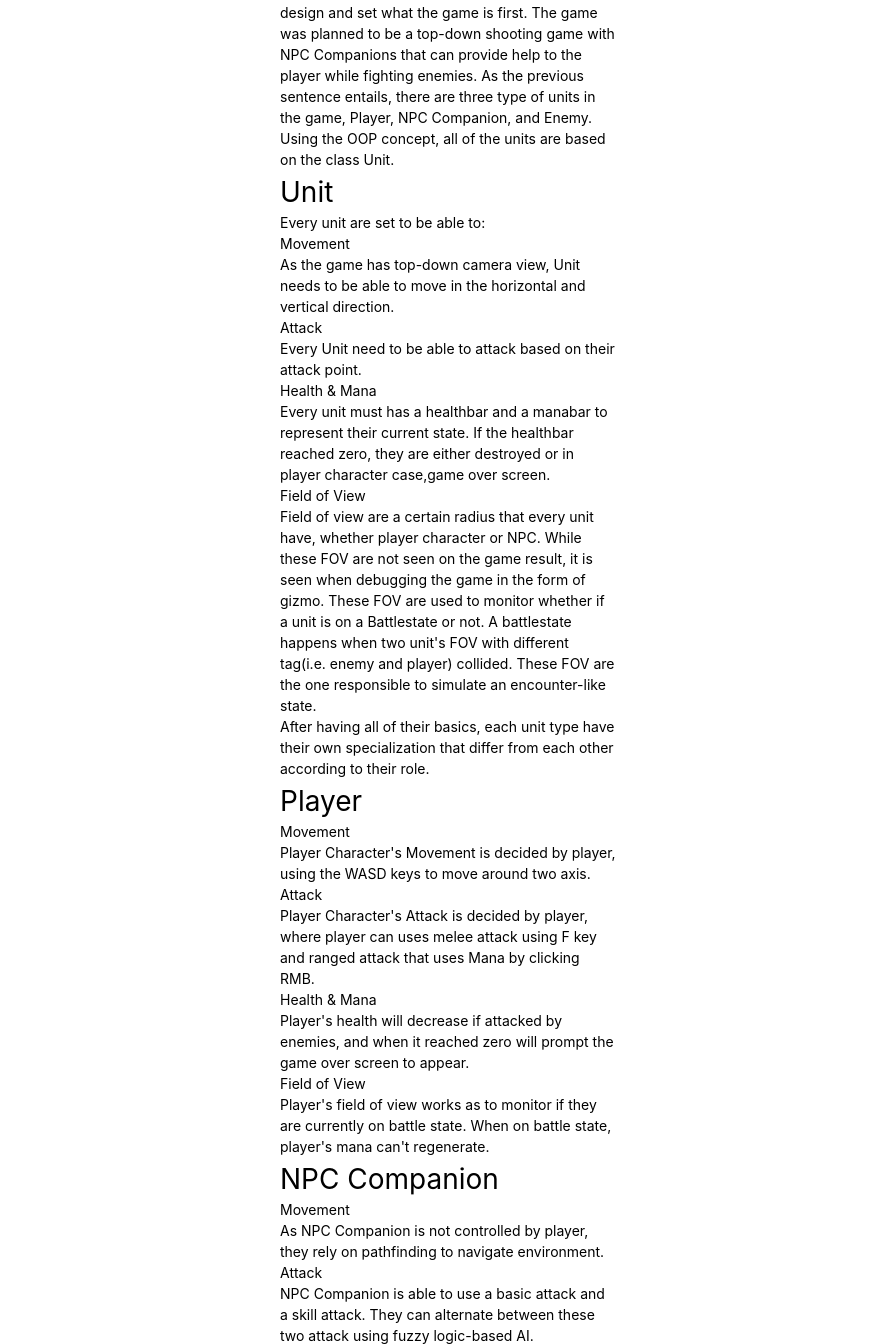
Repository: thortato/thortato.github.io
Page: /IntotheForest
The author's editor kept a copy of each file at every save. The page is drawn from the files as they stood at one save, then again after the next save.
The browser window is 1280 px wide. The pictures show the part of the page from y = 1365 to 3285 px (the page is 5650 px tall before and 5626 px after), at 70% of full size.
The project was rebuilt for these pictures with package versions that can differ from the ones it lists, and the page was loaded fresh each time. Also part of the build but not shown: src/App.css, src/Components/Sidebar.css, src/Pages/Sidebar.js, src/Components/HeroImage.js, src/Pages/HeroSection.js, src/Pages/About.js, src/Components/Card.js, src/Pages/Works.js and 3 more.

Above is the page before, as saved 2023-10-03 13:09:54.

### public/index.html
<!DOCTYPE html>
<html lang="en">
  <head>
    <meta charset="utf-8" />
    <link rel="icon" href="%PUBLIC_URL%/favicon.ico" />
    <meta name="viewport" content="width=device-width, initial-scale=1" />
    <meta name="theme-color" content="#000000" />
    <meta
      name="description"
      content="Web site created using create-react-app"
    />
    <link rel="apple-touch-icon" href="%PUBLIC_URL%/logo192.png" />
    <!--
      manifest.json provides metadata used when your web app is installed on a
      user's mobile device or desktop. See https://developers.google.com/web/fundamentals/web-app-manifest/
    -->
    <link rel="manifest" href="%PUBLIC_URL%/manifest.json" />
    <!--
      Notice the use of %PUBLIC_URL% in the tags above.
      It will be replaced with the URL of the `public` folder during the build.
      Only files inside the `public` folder can be referenced from the HTML.

      Unlike "/favicon.ico" or "favicon.ico", "%PUBLIC_URL%/favicon.ico" will
      work correctly both with client-side routing and a non-root public URL.
      Learn how to configure a non-root public URL by running `npm run build`.
    -->
    <title>Javic's Portfolio Site</title>
  </head>
  <body>
    <noscript>You need to enable JavaScript to run this app.</noscript>
    <div id="root"></div>
    <!--
      This HTML file is a template.
      If you open it directly in the browser, you will see an empty page.

      You can add webfonts, meta tags, or analytics to this file.
      The build step will place the bundled scripts into the <body> tag.

      To begin the development, run `npm start` or `yarn start`.
      To create a production bundle, use `npm run build` or `yarn build`.
    -->
  </body>
</html>

### src/index.css


body {
  margin: 0;
  font-family: -apple-system, BlinkMacSystemFont, 'Segoe UI', 'Roboto', 'Oxygen',
    'Ubuntu', 'Cantarell', 'Fira Sans', 'Droid Sans', 'Helvetica Neue',
    sans-serif;
  -webkit-font-smoothing: antialiased;
  -moz-osx-font-smoothing: grayscale;
}

code {
  font-family: source-code-pro, Menlo, Monaco, Consolas, 'Courier New',
    monospace;
}

@tailwind base;
@tailwind components;
@tailwind utilities;
@import url('https://fonts.googleapis.com/css2?family=Inter:wght@400;600&display=swap');

### src/Components/Content.css

html{
    /* scroll-snap-type: y mandatory;
    scroll-behavior: smooth; */
    font-family: 'Inter', sans-serif;
}

h1{
    font-size: 3rem;
    font-family: 'Inter', sans-serif;
}

h2{
    font-size: 2.5rem;
}

p{
    font-size: 1.25rem;
    font-weight: 400;
}


@media screen and (min-width:320px) and (max-width:480px) {
    .header{
        height: 150vh ;
        display: flex;
        align-items: center;
        justify-content: center;
        overflow: hidden;
    }

    .hero-container{
        width: 100%;
        padding: 10rem;
        display: flex;
        flex-direction: column;
    }

    .header-hero-text{
        animation-name: headerAnim;
        animation-duration: 2s;
    }

    .header-hero-text h1{
        font-size: 4rem;
        word-wrap:normal;
        font-weight: 900;
        line-height: 90%;
        margin-top: -60vh;
        /* text-align: center; */
    }

    .header-hero-image{
        translate: -15rem -10rem;
        transform: scale(.7);
        margin-top: -20%;
    }

    .header-effect{
        z-index: 0;
        animation: ScaleAnim;
        animation-duration: 2s;
        transform: scale(.7);
        position: absolute;
    }

    .header-robot{
        z-index: 1;
        animation: SlideAnim;
        animation-duration: 2s;
        transform: scale(.7);
        position: absolute;

    }

    .header-bomb{
        z-index:3;
        animation: SlideAnim;
        animation-duration: 3s;
        transform: scale(.7);
        position: absolute;
    }


}

@media screen and (min-width:640px){
    .header{
        /* scroll-snap-align: center;
        scroll-behavior:smooth; */
        height: 700px;
        width: 100vw;
        display: flex;
        align-items: center;
        justify-content: center;
        overflow: hidden;
    }

    .hero-container{
        width: 1000px;
        display: flex;
        align-items: center;
        justify-content: center;
        flex-direction: row;
        /* padding: 1rem; */
    }

    .header-hero-text h1{
        font-size: 6rem;
        font-weight: 900;
        line-height: 90%;
        /* margin-top: -25rem; */
        /* text-align: center; */
    }

    .header-hero-text p{
        margin-top: -3rem;
    }

    .header-hero-text, .header-hero-image{
        flex: 1;
        width: 30rem;
        height: 30rem;
        margin: auto;
        /* padding: 10px; */

    }

    .header-hero-text{
        animation-name: headerAnim;
        animation-duration: 2s;
    }

    .header-hero-image{
        translate: -9em -10em;
        transform: scale(.7);

    }

    /* Illustration Start */
    .header-effect{
        z-index: 0;
        animation: ScaleAnim;
        animation-duration: 2s;
        position: absolute;
        overflow: hidden;
    }

    .header-robot{
        z-index: 1;
        animation: SlideAnim;
        animation-duration: 2s;
        position: absolute;
        overflow: hidden;
    }

    .header-bomb{
        z-index:3;
        animation: SlideAnim;
        animation-duration: 3s;
        position: absolute;
        overflow: hidden;
    }
}



/* Illustration Animation Starts */
@keyframes headerAnim{
    0%{
        opacity: 0;
        translate: 0px 20px;
    }
    100%{
        opacity: 1;
        translate: 0px  0px;
    }
}

@keyframes SlideAnim{
    0%{
        translate: 60rem 0px;
    }

    5%{
        translate: 50rem 0px;
    }

    100%{
        translate: 0px 0px;
    }
}

@keyframes ScaleAnim{
    0%{
        transform: scale(0);
    }
    25%{
        transform: scale(.8rem);
    }
    100%{
        transform: scale(1rem);
    }
}
/* Illustration Animation End */


/* About */
@media screen and (min-width:320px) and (max-width:480px) {
    .about{
        display: flex;
        align-items: center;
        justify-content: center;
        height:130vh;
        margin-top: -50%;
        padding: 1rem;
    }

    .about-container{
        /* width: 100vw; */
        display: flex;
        flex-direction: column-reverse;
        z-index: 1;
    }

    .about-profile-picture, .about-profile-image{
        flex: 1;
        padding: 1rem;
        width:90%;
        border-radius: 100%;
    }

    .about-profile-description{
        flex:1;
        padding: 1rem;
        margin-top: -80px;
        display: flex;
        flex-direction: column;
        justify-content: center;
    }

    .about-profile-description-Sub{
        margin-top: -2rem;
    }

    .about-underline{
        background-image: linear-gradient(120deg, #ffd500 0%, #ff8605 100%);
        background-repeat: no-repeat;
        background-size: 100% 0.2em;
        background-position: 0 88%;
        transition: background-size 0.25s ease-in;
        &:hover {
            background-size: 100% 88%;

        }
    }
}

@media screen and (min-width:640px){
    .about{
        display: flex;
        align-items: center;
        justify-content: center;
        scroll-snap-align: center;
        margin-top: 10%;
        height:100%;
    }

    .about-container{
        width: 60rem;
        display: flex;
        flex-direction: row;
        z-index: 1;
    }

    .about-profile-picture, .about-profile-image{
        flex: 1;
        padding: 1rem;
        border-radius: 100%;
    }

    .about-picture-background{
        background-color: #ffd500;
        width: 1000px;
        height: inherit;
        transform: translateX(-100%);
        z-index: -99999;
        position: inherit;
    }

    .about-profile-description{
        flex:1;
        padding: 20px;
        margin-top: -80px;
        display: flex;
        flex-direction: column;
        justify-content: center;
    }

    .about-profile-description-Sub{
        margin-top: -20px;
    }

    .about-underline{
        background-image: linear-gradient(120deg, #ffd500 0%, #ff8605 100%);
        background-repeat: no-repeat;
        background-size: 100% 0.2em;
        background-position: 0 88%;
        transition: background-size 0.25s ease-in;
        &:hover {
            background-size: 100% 88%;

        }
    }

}

/* About Ends */

/* Works Starts */
.card-container{
    background-color: #ffd500;
    width: 22rem;
    height: 25rem;
    align-items: center;
    justify-content: center;
    /* margin-bottom: 20px; */
}

.card-container:hover{
    transform: scale(1.05);
    transition: all .2s ease-in-out;
    filter: drop-shadow(0 0 .25rem rgb(42, 42, 42));
}

.card-thumbnail{
    width: inherit;
    height: 12rem;
    margin-bottom: 10px;
}

.card-title{
    font-size: 1.5rem;
    font-weight: 750;
}

.card-caption{
    margin-bottom: 10%;
}

.card-title, .card-caption{
    margin-left: 5%;
}

@media screen and (min-width:320px) and (max-width:480px) {
    .works{
        display: flex;
        align-items: center;
        justify-content: space-around;
        flex-direction: column;
        margin-top: 10%;
        height: 100%;
    }

    .work-containers{
        display: flex;
        max-width: 80%;
        align-items: center;
        justify-content: center;
        gap: 2rem;
        flex-direction: column;
        padding: 2rem;
    }
}

@media screen and (min-width:640px) {
    .works{
        display: flex;
        align-items: center;
        justify-content: center;
        flex-direction: column;
        margin: 4rem 0;
        height: 40rem;
    }

    .work-containers{
        display: flex;
        justify-content: center;
        width: 85em;
        align-self: center;
        flex-direction: row;
        padding: 1rem;
        gap: 5rem;

    }
}
/* Works Ends */

/* ContactMe Starts */
@media screen and (min-width:320px) and (max-width:480px) {
    .contactMe{
        display: flex;
        align-items: center;
        justify-content: center;
        flex-direction: column;
        background-image: linear-gradient(120deg, #ffd500 0%, #ff8605 100%);
        background-repeat: no-repeat;
        height: 40rem;
        width: 100vw;
        font-family: 'Inter', sans-serif;
    }

    .contactMe-caption{
        font-size: 2.5rem;
        font-weight: 800;
        padding: 1rem;
        text-align: center;
    }
}

@media screen and (min-width:640px){
    .contactMe{
        display: flex;
        align-items: center;
        justify-content: center;
        flex-direction: column;
        background-image: linear-gradient(120deg, #ffd500 0%, #ff8605 100%);
        background-repeat: no-repeat;
        height: 40rem;
        width: 100vw;
        font-family: 'Inter', sans-serif;
    }

    .contactMe-caption{
        font-size: 2.5rem;
        font-weight: 800;
        padding: 1rem;
    }
}

.contactMe-button{
    background-color: black;
    color: white;
    border-radius: 16px;
    padding: 8px;
    width:10rem;
}

.footer{
    background-color: #f2f2f2;
    width: 100vw;
    height: 6rem;
    display: flex;
    flex-direction: row;
    align-items: center;
    justify-content: center;
    font-family: 'Inter', sans-serif;
}

### src/Pages/Footer.js
import '../Components/Content.css';

export default function Footer(){
    return(
        <div>
            <div className="footer">
                    Built by Javic Rotanson. Inspired by Yo-star.com
            </div>
        </div>
    );

}


// .footer{
//     background-color: #f2f2f2;
//     width: 100vw;
//     height: 6rem;
//     display: flex;
//     flex-direction: row;
//     align-items: center;
//     justify-content: center;
//     font-family: 'Inter', sans-serif;
// }

### src/Pages/Works/Work_IntotheForest.js
import "./works.css";
import { Link } from "react-router-dom";
import ItFIllustration from "./../../Assets/Image/ItFImage.jpg";

export function WorkIntotheForest() {
  return (
    <div>
      <div className="relative">
        {/* Image */}
        <img
          className="brightness-50 w-full md:h-96"
          src={ItFIllustration}
          alt="Hero Illustration"
        />

        {/* Text */}
        <div className="absolute top-8 md:top-32 left-0 right-0 text-center white-text font-bold">
          <h1>Into the Forest</h1>
          <p>2D Short Action RPG With AI Controller Companion</p>
          <p>October 2021 - April 2022</p>
        </div>
      </div>

      <div className="flex flex-col gap-10 px-5 md:px-[400px] mt-10">
        <div>
          <p>
            For my final year project as requirement to graduate from
            Universitas Sumatera Utara, I decided to create a game with NPC
            companions to help player as I was inspired by the game I was
            playing then, Dragon Age.
          </p>
        </div>

        <div>
          <h1>My Role</h1>
          <p>
            As this was my final year project, I am the sole developer of this
            project with the help of Brackey's Community Discord and Aron
            Granberg's A* Pathfinding Projects.
          </p>
          <p>My journey to develop this game starts with:</p>
        </div>
        <div>
          <h2 className="text-3xl font-bold md:mb-14">
            <span className="highlight">Setup</span>
          </h2>
          <p>
          As I was quite acquainted with Unity at the time, I decided to use Unity2D game engine as the base of my game development with VS Studio as my IDE.
                    I then setup a local github for version control. While Unity used to support Javascript (dubbed UnityScript), it was deprecated in favor of C#
                    which lead to the decision to use C# as the game's language.
          </p>
        </div>
        <div>
          <h2 className="text-3xl font-bold md:mb-14">
            <span className="highlight">Designing</span>
          </h2>
          <p>
                    Before starting to code for the game, I need to design and set what the game is first.
                    The game was planned to be a top-down shooting game with NPC Companions that can provide help to the player while fighting enemies.
                    As the previous sentence entails, there are three type of units in the game, Player, NPC Companion, and Enemy.
                    Using the OOP concept, all of the units are based on the class Unit.
                    </p>
                    <h2 className="text-">Unit</h2>
                    <p>Every unit are set to be able to:
                        <ul>
                            <li>Movement</li>
                            As the game has top-down camera view, Unit needs to be able to move in the horizontal and vertical direction.
                            <li>Attack</li>
                            Every Unit need to be able to attack based on their attack point.
                            <li>Health & Mana</li>
                            Every unit must has a healthbar and a manabar to represent their current state. If the healthbar reached zero, they are either destroyed or in player character case,game over screen.
                            <li>Field of View</li>
                            Field of view are a certain radius that every unit have, whether player character or NPC. While these FOV are not seen on the game result, it is seen when debugging the game in the form of gizmo.
                            These FOV are used to monitor whether if a unit is on a Battlestate or not. A battlestate happens when two unit's FOV with different tag(i.e. enemy and player) collided.  These FOV are the one
                            responsible to simulate an encounter-like state.
                        </ul>
                    </p>
                    <p>
                        After having all of their basics, each unit type have their own specialization that differ from each other according to their role.
                    </p>
                    <h2>Player</h2>
                    <p>
                        <ul>
                            <li>Movement</li>
                            Player Character's Movement is decided by player, using the WASD keys to move around two axis.
                            <li>Attack</li>
                            Player Character's Attack is decided by player, where player can uses melee attack using F key and ranged attack that uses Mana by clicking RMB.
                            <li>Health & Mana</li>
                            Player's health will decrease if attacked by enemies, and when it reached zero will prompt the game over screen to appear.
                            <li>Field of View</li>
                            Player's field of view works as to monitor if they are currently on battle state. When on battle state, player's mana can't regenerate.
                        </ul>
                    </p>
                    <h2>NPC Companion</h2>
                    <p>
                        <ul>
                            <li>Movement</li>
                            As NPC Companion is not controlled by player, they rely on pathfinding to navigate environment.
                            <li>Attack</li>
                            NPC Companion is able to use a basic attack and a skill attack. They can alternate between these two attack using fuzzy logic-based AI.
                            <li>Health & Mana</li>
                            NPC Companion's health will decrease if attacked by enemies and will be destroyed upon reaching zero. However moving to next stage will cause
                            NPC Companion to respawn back fully healed.
                            <li>Field of View</li>
                            NPC Companion's field of view works as way for the NPC Companion to sense the environment
                             and will make decision based on what is on their field of view. NPC Companion will immediately become hostile against enemy upon detecting them.

                        </ul>
                    </p>
                    <h2>Enemy</h2>
                    <p>
                        <ul>
                            <li>Movement</li>
                            Same as NPC Companion, they rely on pathfinding to navigate environment. However, they are able
                            to patrol if not on the FOV of Player or NPC Companions.
                            <li>Attack</li>
                            Enemy is only able to use basic attack.
                            <li>Health & Mana</li>
                            Enemy is have health and will be destroyed upon having their health reach zero.
                            <li>Field of View</li>
                            Enemy will immediately turn hostile upon detecting Player or NPC Companion.
                        </ul>
                    </p>
        </div>
        <div>
          <h2 className="text-3xl font-bold md:mb-14">
            <span className="highlight">Iterate</span>
          </h2>
          <p>
            While the reference found in Pinterest was fine for the earlier
            level building, things started to get complicated when designing the
            higher levelled building. Higher levelled building were designed to
            look more complex to make the player feel the progression they made
            when upgrading buildings.
          </p>
          <p>
            These complexity of course, runs against the aforementioned low-poly
            style. We decided to use SimCity as example for higher levelled
            building while slightly compensating the complexity for a more
            casual low-poly style.
          </p>
          {/* <img src={ComparisonIllustration} alt="Comparison" className="p-5" /> */}
        </div>
        <div>
          <h2 className="text-3xl font-bold md:mb-14">
            <span className="highlight">Result</span>
          </h2>
          <p>
            Over the course of three months, I created approximately 65 assets
            for the game, each crafted with shading, texturing and lighting
            effects. Additionally, I've also created six character portraits
            intended for in-game uses.
          </p>
          <p>
            However, as the hype surrounding NFTs and crypto dwindled down, this
            project was sadly suspended indefinitely. Nevertheless, as my first
            project I am grateful for the experience gained and the opportunity
            to enhance my 3D skills through my involvement in the Alterland
            project.
          </p>

          <img src={ItFIllustration} alt="Epilogue" className="p-5 mb-20" />
        </div>
      </div>
    </div>

  );
}

### src/Pages/Works/works.css
.hero-banner{
    height: 25rem;
    width: 100vw;
    filter: brightness(50%);
}

.text{
    position: absolute;
    top: 0;
    bottom: 0;
    left: 0;
    right: 0;
    display: flex;
    align-items: center;
    color: #f2f2f2;
    flex-direction: column;
    filter: drop-shadow(10px 10px 10px #404040);
}

.text > h1{
    font-size: 6rem;
    margin-bottom: 0px;
}

.text > p{
    font-size: 1rem;
    margin: 0px auto;

}


.description-container{
    display: flex;
    flex-direction: column;
    justify-content: center;
    align-items: center;

}

.text-container{
    display: flex;
    flex-direction: column;
    padding: 0 6rem;
    justify-content: center;
    /* align-items: center; */
    /* flex: 7; */

}

/* .section-row{
    display: flex;
    flex-direction: row;
    justify-items: center;
    height: auto;
    padding: 10px;
    width: 1000px;
} */

.section-column{
    display: flex;
    flex-direction: column;
    justify-content: center;
    height: auto;
    padding: 10px;
    width: 60rem;
}

.image{
    margin: 5rem;
    z-index: 5;
}

.work-header{
    position: relative;
}

.highlight{
    background-image: linear-gradient(120deg, #ffd500 0%, #ff8605 100%);
    background-repeat: no-repeat;
    background-size: 100% 0.2em;
    background-position: 0 88%;
}

.white-text{
    color: white;
}

### tailwind.config.js
/** @type {import('tailwindcss').Config} */
module.exports = {
  content: [
    "./src/**/*.{js,jsx,ts,tsx}",
  ],
  theme: {
    extend: {},
    colors:{
      "amber" : "#FFD500"
    },
    fontFamily: {
      // sans: ['"Montserrat"', 'sans-serif'],
      sans: ['"Inter"', "sans-serif"],
    },
  },
  plugins: [],
}

Loaded but not shown: src/reportWebVitals.js (common file); src/ScrolltoTop.js (common file); src/App.js (32 lines, source omitted); src/index.js (21 lines, source omitted)

After the next save:
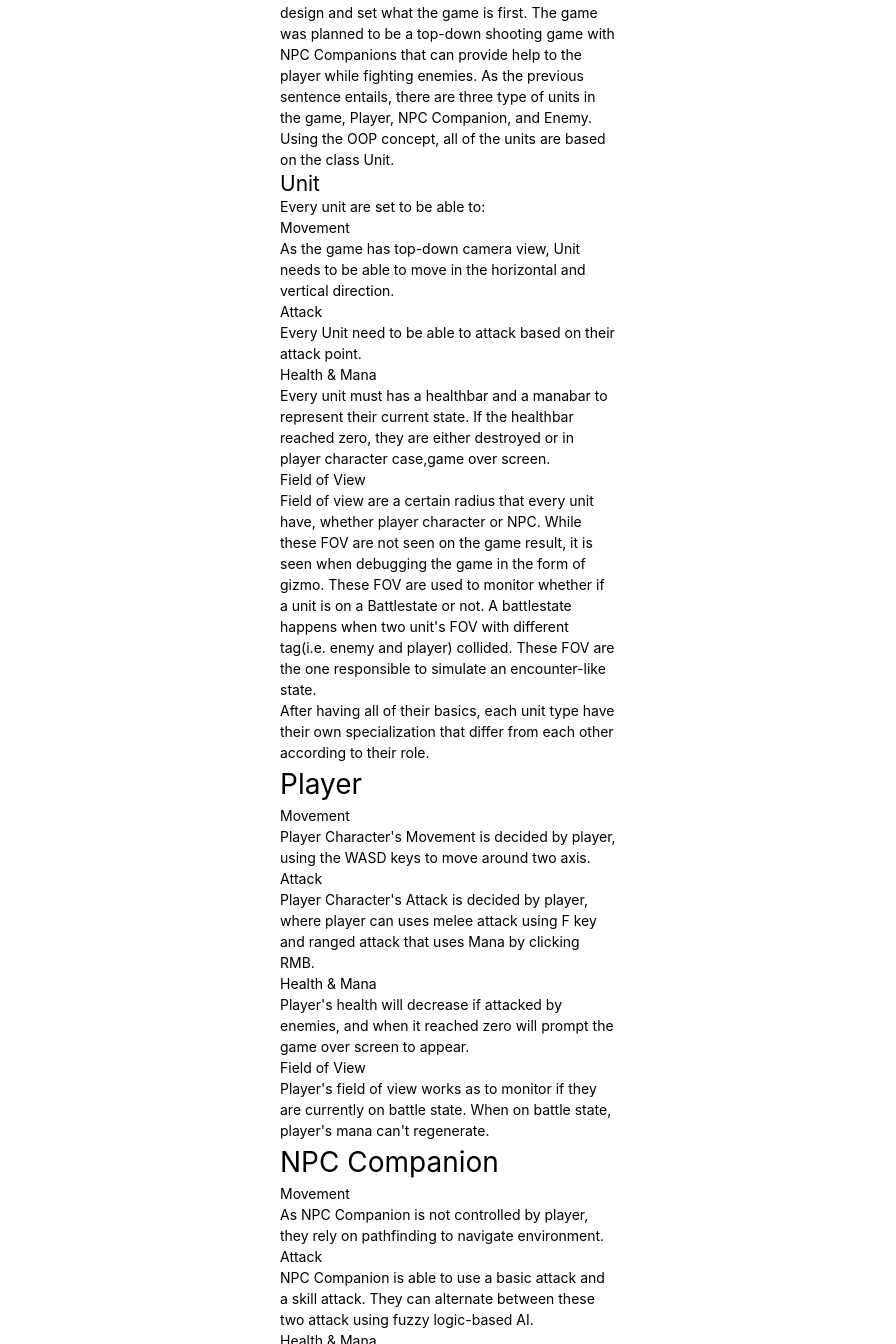
Saved 4 s later.
--- a/src/Pages/Works/Work_IntotheForest.js
+++ b/src/Pages/Works/Work_IntotheForest.js
@@ -60,7 +60,7 @@
                     As the previous sentence entails, there are three type of units in the game, Player, NPC Companion, and Enemy.
                     Using the OOP concept, all of the units are based on the class Unit.
                     </p>
-                    <h2 className="text-">Unit</h2>
+                    <h2 className="text-3xl">Unit</h2>
                     <p>Every unit are set to be able to:
                         <ul>
                             <li>Movement</li>
